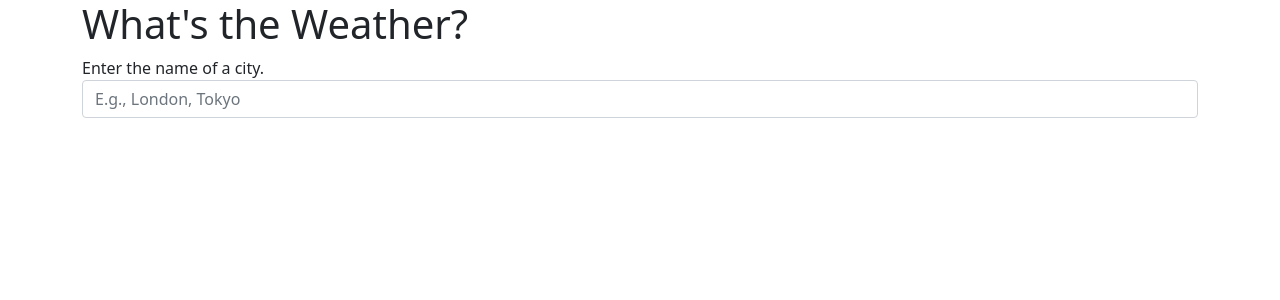
Repository: Ashwin1510/php_projectgh
Page: http://localhost/weather_scrapper.php
The author's editor kept a copy of each file at every save. The page is drawn from the files as they stood at one save, then again after the next save.
The browser window is 1280 px wide. The pictures show the whole page.
The page is run by PHP 8.4 with error messages shown; the project is at /var/www/html/.

Above is the page before, as saved 2022-12-15 15:19:54.

### weather_scrapper.php
<!DOCTYPE html>
<html lang="en">
<head>
    <meta charset="UTF-8">
    <meta http-equiv="X-UA-Compatible" content="IE=edge">
    <meta name="viewport" content="width=device-width, initial-scale=1.0">

    <title>weather_scrapper</title>

    <link href="https://cdn.jsdelivr.net/npm/bootstrap@5.1.3/dist/css/bootstrap.min.css"
              rel="stylesheet"
              integrity="sha384-1BmE4kWBq78iYhFldvKuhfTAU6auU8tT94WrHftjDbrCEXSU1oBoqyl2QvZ6jIW3"
              crossorigin="anonymous">

</head>
<body>

<div class="container">
            <h1>What's the Weather?</h1>
            <form>
                <fieldset class="form-group">
                    <label for="city">Enter the name of a city.</label>
                    <input type="text"
                           class="form-control"
                           name="city"
                           id="city"
                           placeholder="E.g., London, Tokyo">

                 </fieldset>

</body>
</html>

After the next save:
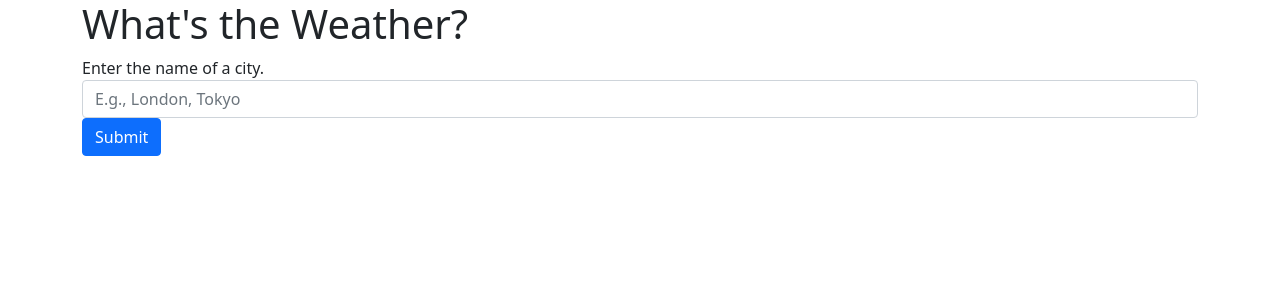
Saved 96 s later.
--- a/weather_scrapper.php
+++ b/weather_scrapper.php
@@ -27,6 +27,7 @@
                            placeholder="E.g., London, Tokyo">
 
                  </fieldset>
+                 <button type="submit" class="btn btn-primary">Submit</button>
 
 </body>
 </html>
